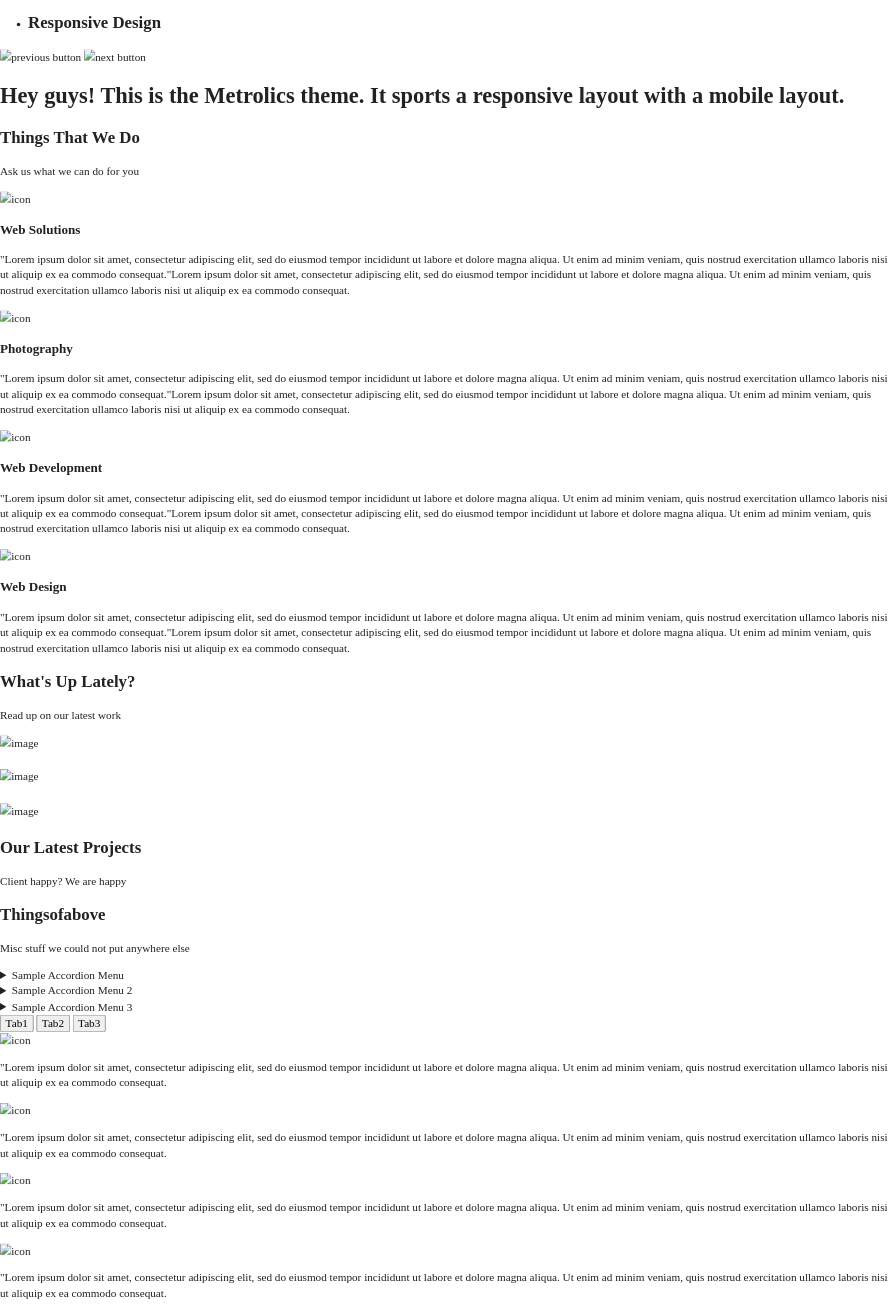
Repository: eilidhma/metrolics
Page: index.html
These files come from the project's save history. The page is drawn as it stood at one moment and after the next save; the edit follows.
The browser window is 1280 px wide. The pictures show the part of the page from y = 652 to 2572 px (the page is 2527 px tall before and 2572 px after), at 70% of full size.

Above is the page before, as saved 2021-01-27 00:08:17.

### index.html
<!doctype html>
<html class="no-js" lang="">

<head>
  <meta charset="utf-8">
  <title>Metrolics</title>
  <meta name="description" content="">
  <meta name="viewport" content="width=device-width, initial-scale=1">

  <meta property="og:title" content="">
  <meta property="og:type" content="">
  <meta property="og:url" content="">
  <meta property="og:image" content="">

  <link rel="manifest" href="site.webmanifest">
  <link rel="apple-touch-icon" href="icon.png">
  <!-- Place favicon.ico in the root directory -->

  <link rel="stylesheet" href="css/normalize.css">
  <link rel="stylesheet" href="css/main.css">

  <meta name="theme-color" content="#fafafa">
</head>


<!-- Add your site or application content here -->
<body class="page__home">
  <header class="page__header">
    <div class="page__title">
      <h1 class="large__headings">Metrolics</h1>
      <img src="" alt="metrolics__logo" class="header__icon">
    </div>
    <nav class="page__navigation">
      <ul class="navigation__section">
        <li class="navigation_items">
          <img src="" alt="home__icon" class="nav__icons">
          <p class="nav__titles">Home</p>
        </li>
        <li class="navigation_items">
          <img src="" alt="pages__icon" class="nav__icons">
          <p class="nav__titles">Pages</p>
        </li>
        <li class="navigation_items">
          <img src="" alt="blog__icon" class="nav__icons">
          <p class="nav__titles">Blog</p>
        </li>
        <li class="navigation_items">
          <img src="" alt="portfolio__icon" class="nav__icons">
          <p class="nav__titles">Portfolio</p>
        </li>
        <li class="navigation_items">
          <img src="" alt="mail__icon" class="nav__icons">
          <p class="nav__titles">Home</p>
        </li>
      </ul>
    </nav>
  </header>

  <section class="hero__section">
    <img src="" alt="hero__images">
    <ul class="hero__headings">
      <li>
        <div class="hero__headings__colour1"></div>
        <h2 class="medium__headings">Metro Style</h2>
      </li>
      <li>
        <div class="hero__headings__colour2"></div>
        <h2 class="medium__headings">Retina Ready</h2>
      </li>
      <li>
        <div class="hero__headings__colour3"></div>
        <h2 class="medium__headings">Responsive Design</h2>
      </li>
    </ul>
    <a class="prev" onclick="">
      <img src="" alt="previous button" class="prev__icon">
    </a>
    <a class="next" onclick="">
      <img src="" alt="next button" class="next__icon">
    </a>
  </section>

  <main class="page__main">
    <h1 class="large__headings">Hey guys! This is the Metrolics theme. It sports a responsive layout with a mobile layout.</h1>
    <h2 class="medium__headings">Things That We Do</h2>
    <p class="main__text">Ask us what we can do for you</p>

    <section class="main__content__four__columns">
      <div class="four_column_item">
        <img src="" alt="icon" class="four_column_icon">
        <h3 class="four_column_headers">Web Solutions</h3>
        <p class="four_column_text">"Lorem ipsum dolor sit amet, consectetur adipiscing elit, sed do eiusmod tempor incididunt ut labore et dolore magna aliqua. Ut enim ad minim veniam, quis nostrud exercitation ullamco laboris nisi ut aliquip ex ea commodo consequat."Lorem ipsum dolor sit amet, consectetur adipiscing elit, sed do eiusmod tempor incididunt ut labore et dolore magna aliqua. Ut enim ad minim veniam, quis nostrud exercitation ullamco laboris nisi ut aliquip ex ea commodo consequat.</p>
      </div>
      <div class="four_column_item">
        <img src="" alt="icon" class="four_column_icon">
        <h3 class="four_column_headers">Photography</h3>
        <p class="four_column_text">"Lorem ipsum dolor sit amet, consectetur adipiscing elit, sed do eiusmod tempor incididunt ut labore et dolore magna aliqua. Ut enim ad minim veniam, quis nostrud exercitation ullamco laboris nisi ut aliquip ex ea commodo consequat."Lorem ipsum dolor sit amet, consectetur adipiscing elit, sed do eiusmod tempor incididunt ut labore et dolore magna aliqua. Ut enim ad minim veniam, quis nostrud exercitation ullamco laboris nisi ut aliquip ex ea commodo consequat.</p>
      </div>
      <div class="four_column_item">
        <img src="" alt="icon" class="four_column_icon">
        <h3 class="four_column_headers">Web Development</h3>
        <p class="four_column_text">"Lorem ipsum dolor sit amet, consectetur adipiscing elit, sed do eiusmod tempor incididunt ut labore et dolore magna aliqua. Ut enim ad minim veniam, quis nostrud exercitation ullamco laboris nisi ut aliquip ex ea commodo consequat."Lorem ipsum dolor sit amet, consectetur adipiscing elit, sed do eiusmod tempor incididunt ut labore et dolore magna aliqua. Ut enim ad minim veniam, quis nostrud exercitation ullamco laboris nisi ut aliquip ex ea commodo consequat.</p>
      </div>
      <div class="four_column_item">
        <img src="" alt="icon" class="four_column_icon">
        <h3 class="four_column_headers">Web Design</h3>
        <p class="four_column_text">"Lorem ipsum dolor sit amet, consectetur adipiscing elit, sed do eiusmod tempor incididunt ut labore et dolore magna aliqua. Ut enim ad minim veniam, quis nostrud exercitation ullamco laboris nisi ut aliquip ex ea commodo consequat."Lorem ipsum dolor sit amet, consectetur adipiscing elit, sed do eiusmod tempor incididunt ut labore et dolore magna aliqua. Ut enim ad minim veniam, quis nostrud exercitation ullamco laboris nisi ut aliquip ex ea commodo consequat.</p>
      </div>
    </section>

    <h2 class="medium__headings">What's Up Lately?</h2>
    <p class="main__text">Read up on our latest work</p>

    <section class="main__content__three__columns">
      <div class="three__column__item">
        <img src="" alt="image" class="content__image">
        <div class="corner__content">
          <h3 class="three__column__headers"></h3>
          <h6 class="subtext"></h6>
        </div>
      </div>
      <div class="three__column__item">
        <img src="" alt="image" class="content__image">
        <div class="corner__content">
          <h3 class="three__column__headers"></h3>
          <h6 class="subtext"></h6>
      </div>
      <div class="three__column__item">
        <img src="" alt="image" class="content__image">
        <div class="corner__content">
          <h3 class="three__column__headers"></h3>
          <h6 class="subtext"></h6>
      </div>
    </section>

    <!-- SLIDER??? -->

    <h2 class="medium__headings">Our Latest Projects</h2>
    <p class="main__text">Client happy? We are happy</p>

    <section>
      <div></div>
      <div></div>
      <div></div>
      <div></div>
      <div></div>
      <div></div>
    </section>

    <h2 class="medium__headings">Thingsofabove</h2>
    <p class="main__text">Misc stuff we could not put anywhere else</p>

    <section class="detailed_content">
      <div class="menus">
        <details class="menus_items">
          <summary class="menu_titles">Sample Accordion Menu</summary>
          <img src="" alt="menu item icon" class="menu_icons">
          <h4 class="menu__content__titles"></h4>
          <p class="menu__content__text"></p>
        </details>
        <details class="menus_items">
          <summary class="menu_titles">Sample Accordion Menu 2</summary>
          <img src="" alt="menu item icon" class="menu_icons">
          <h4 class="menu__content__titles"></h4>
          <p class="menu__content__text"></p>
        </details>
        <details class="menus_items">
          <summary class="menu_titles">Sample Accordion Menu 3</summary>
          <img src="" alt="menu item icon" class="menu_icons">
          <h4 class="menu__content__titles"></h4>
          <p class="menu__content__text"></p>
        </details>
      </div>
      <div class="tabs">
        <nav class="tab_nav">
          <button class="tab__buttons" onclick="">Tab1</button>
          <button class="tab__buttons" onclick="">Tab2</button>
          <button class="tab__buttons" onclick="">Tab3</button>
        </nav>
        <div class="tab__content">
          <div class="tab__items">
            <img src="" alt="icon" class="tab__icons">
            <p class="tab__text">"Lorem ipsum dolor sit amet, consectetur adipiscing elit, sed do eiusmod tempor incididunt ut labore et dolore magna aliqua. Ut enim ad minim veniam, quis nostrud exercitation ullamco laboris nisi ut aliquip ex ea commodo consequat. </p>
          </div>
          <div class="tab__items">
            <img src="" alt="icon" class="tab__icons">
            <p class="tab__text">"Lorem ipsum dolor sit amet, consectetur adipiscing elit, sed do eiusmod tempor incididunt ut labore et dolore magna aliqua. Ut enim ad minim veniam, quis nostrud exercitation ullamco laboris nisi ut aliquip ex ea commodo consequat. </p>
          </div>
          <div class="tab__items">
            <img src="" alt="icon" class="tab__icons">
            <p class="tab__text">"Lorem ipsum dolor sit amet, consectetur adipiscing elit, sed do eiusmod tempor incididunt ut labore et dolore magna aliqua. Ut enim ad minim veniam, quis nostrud exercitation ullamco laboris nisi ut aliquip ex ea commodo consequat. </p>
          </div>
          <div class="tab__items">
            <img src="" alt="icon" class="tab__icons">
            <p class="tab__text">"Lorem ipsum dolor sit amet, consectetur adipiscing elit, sed do eiusmod tempor incididunt ut labore et dolore magna aliqua. Ut enim ad minim veniam, quis nostrud exercitation ullamco laboris nisi ut aliquip ex ea commodo consequat. </p>
          </div>
        </div>
      </div>
    </section>
  </main>





  <script src="js/vendor/modernizr-3.11.2.min.js"></script>
  <script src="js/plugins.js"></script>
  <script src="js/main.js"></script>

  <!-- Google Analytics: change UA-XXXXX-Y to be your site's ID. -->
  <script>
    window.ga = function () { ga.q.push(arguments) }; ga.q = []; ga.l = +new Date;
    ga('create', 'UA-XXXXX-Y', 'auto'); ga('set', 'anonymizeIp', true); ga('set', 'transport', 'beacon'); ga('send', 'pageview')
  </script>
  <script src="https://www.google-analytics.com/analytics.js" async></script>
</body>

</html>

### css/main.css
/*! HTML5 Boilerplate v8.0.0 | MIT License | https://html5boilerplate.com/ */

/* main.css 2.1.0 | MIT License | https://github.com/h5bp/main.css#readme */
/*
 * What follows is the result of much research on cross-browser styling.
 * Credit left inline and big thanks to Nicolas Gallagher, Jonathan Neal,
 * Kroc Camen, and the H5BP dev community and team.
 */

/* ==========================================================================
   Base styles: opinionated defaults
   ========================================================================== */

html {
  color: #222;
  font-size: 1em;
  line-height: 1.4;
}

/*
 * Remove text-shadow in selection highlight:
 * https://twitter.com/miketaylr/status/12228805301
 *
 * Vendor-prefixed and regular ::selection selectors cannot be combined:
 * https://stackoverflow.com/a/16982510/7133471
 *
 * Customize the background color to match your design.
 */

::-moz-selection {
  background: #b3d4fc;
  text-shadow: none;
}

::selection {
  background: #b3d4fc;
  text-shadow: none;
}

/*
 * A better looking default horizontal rule
 */

hr {
  display: block;
  height: 1px;
  border: 0;
  border-top: 1px solid #ccc;
  margin: 1em 0;
  padding: 0;
}

/*
 * Remove the gap between audio, canvas, iframes,
 * images, videos and the bottom of their containers:
 * https://github.com/h5bp/html5-boilerplate/issues/440
 */

audio,
canvas,
iframe,
img,
svg,
video {
  vertical-align: middle;
}

/*
 * Remove default fieldset styles.
 */

fieldset {
  border: 0;
  margin: 0;
  padding: 0;
}

/*
 * Allow only vertical resizing of textareas.
 */

textarea {
  resize: vertical;
}

/* ==========================================================================
   Author's custom styles
   ========================================================================== */

/* ==========================================================================
   Helper classes
   ========================================================================== */

/*
 * Hide visually and from screen readers
 */

.hidden,
[hidden] {
  display: none !important;
}

/*
 * Hide only visually, but have it available for screen readers:
 * https://snook.ca/archives/html_and_css/hiding-content-for-accessibility
 *
 * 1. For long content, line feeds are not interpreted as spaces and small width
 *    causes content to wrap 1 word per line:
 *    https://medium.com/@jessebeach/beware-smushed-off-screen-accessible-text-5952a4c2cbfe
 */

.sr-only {
  border: 0;
  clip: rect(0, 0, 0, 0);
  height: 1px;
  margin: -1px;
  overflow: hidden;
  padding: 0;
  position: absolute;
  white-space: nowrap;
  width: 1px;
  /* 1 */
}

/*
 * Extends the .sr-only class to allow the element
 * to be focusable when navigated to via the keyboard:
 * https://www.drupal.org/node/897638
 */

.sr-only.focusable:active,
.sr-only.focusable:focus {
  clip: auto;
  height: auto;
  margin: 0;
  overflow: visible;
  position: static;
  white-space: inherit;
  width: auto;
}

/*
 * Hide visually and from screen readers, but maintain layout
 */

.invisible {
  visibility: hidden;
}

/*
 * Clearfix: contain floats
 *
 * For modern browsers
 * 1. The space content is one way to avoid an Opera bug when the
 *    `contenteditable` attribute is included anywhere else in the document.
 *    Otherwise it causes space to appear at the top and bottom of elements
 *    that receive the `clearfix` class.
 * 2. The use of `table` rather than `block` is only necessary if using
 *    `:before` to contain the top-margins of child elements.
 */

.clearfix::before,
.clearfix::after {
  content: " ";
  display: table;
}

.clearfix::after {
  clear: both;
}

/* ==========================================================================
   EXAMPLE Media Queries for Responsive Design.
   These examples override the primary ('mobile first') styles.
   Modify as content requires.
   ========================================================================== */

@media only screen and (min-width: 35em) {
  /* Style adjustments for viewports that meet the condition */
}

@media print,
  (-webkit-min-device-pixel-ratio: 1.25),
  (min-resolution: 1.25dppx),
  (min-resolution: 120dpi) {
  /* Style adjustments for high resolution devices */
}

/* ==========================================================================
   Print styles.
   Inlined to avoid the additional HTTP request:
   https://www.phpied.com/delay-loading-your-print-css/
   ========================================================================== */

@media print {
  *,
  *::before,
  *::after {
    background: #fff !important;
    color: #000 !important;
    /* Black prints faster */
    box-shadow: none !important;
    text-shadow: none !important;
  }

  a,
  a:visited {
    text-decoration: underline;
  }

  a[href]::after {
    content: " (" attr(href) ")";
  }

  abbr[title]::after {
    content: " (" attr(title) ")";
  }

  /*
   * Don't show links that are fragment identifiers,
   * or use the `javascript:` pseudo protocol
   */
  a[href^="#"]::after,
  a[href^="javascript:"]::after {
    content: "";
  }

  pre {
    white-space: pre-wrap !important;
  }

  pre,
  blockquote {
    border: 1px solid #999;
    page-break-inside: avoid;
  }

  /*
   * Printing Tables:
   * https://web.archive.org/web/20180815150934/http://css-discuss.incutio.com/wiki/Printing_Tables
   */
  thead {
    display: table-header-group;
  }

  tr,
  img {
    page-break-inside: avoid;
  }

  p,
  h2,
  h3 {
    orphans: 3;
    widows: 3;
  }

  h2,
  h3 {
    page-break-after: avoid;
  }
}

### js/plugins.js
// Avoid `console` errors in browsers that lack a console.
(function() {
  var method;
  var noop = function () {};
  var methods = [
    'assert', 'clear', 'count', 'debug', 'dir', 'dirxml', 'error',
    'exception', 'group', 'groupCollapsed', 'groupEnd', 'info', 'log',
    'markTimeline', 'profile', 'profileEnd', 'table', 'time', 'timeEnd',
    'timeline', 'timelineEnd', 'timeStamp', 'trace', 'warn'
  ];
  var length = methods.length;
  var console = (window.console = window.console || {});

  while (length--) {
    method = methods[length];

    // Only stub undefined methods.
    if (!console[method]) {
      console[method] = noop;
    }
  }
}());

// Place any jQuery/helper plugins in here.

Loaded but not shown: css/normalize.css (library); js/vendor/modernizr-3.11.2.min.js (library); js/main.js (no copy from this time; the picture is the same without it)

After the next save:
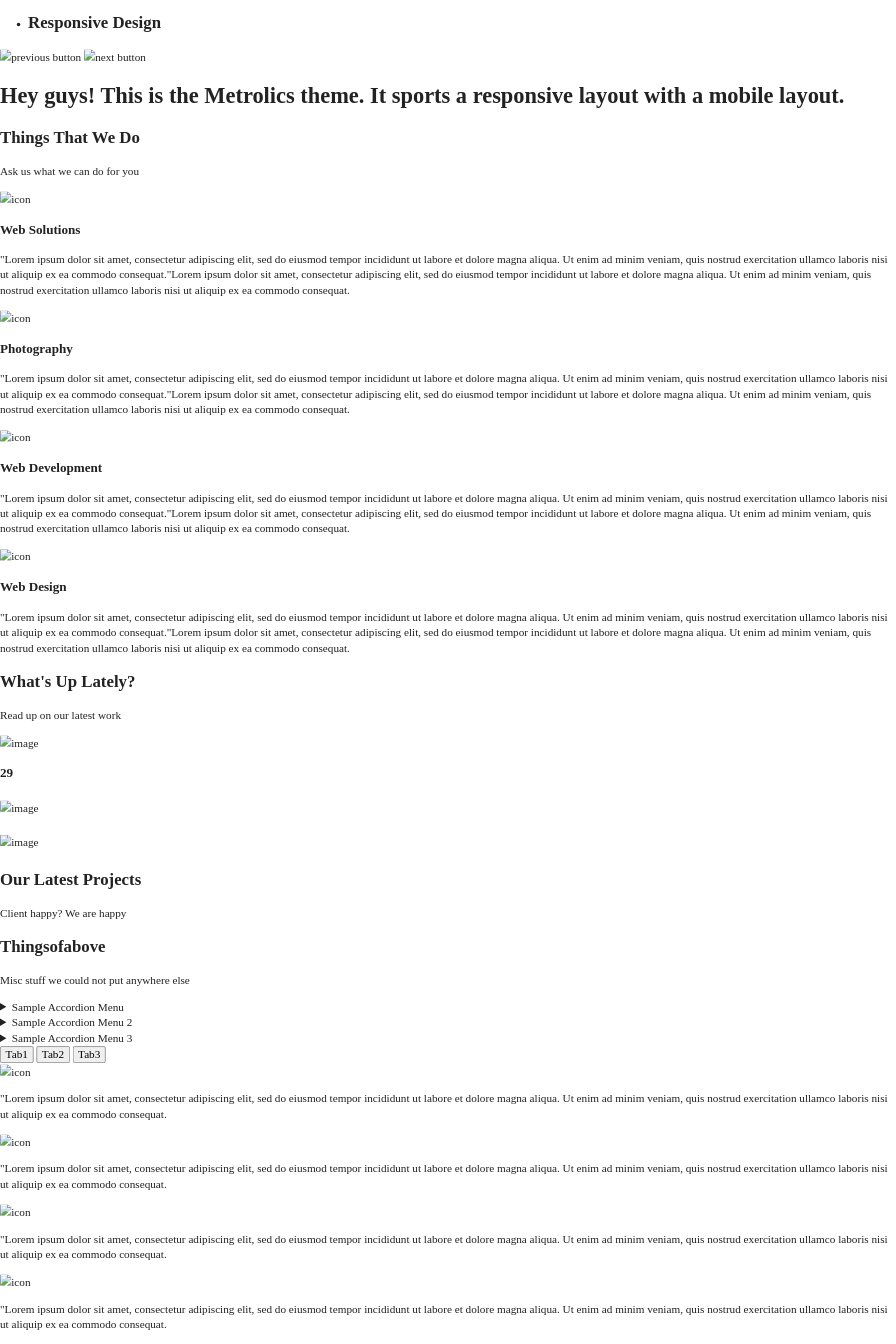
Saved 35 s later.
--- a/index.html
+++ b/index.html
@@ -115,7 +115,7 @@
       <div class="three__column__item">
         <img src="" alt="image" class="content__image">
         <div class="corner__content">
-          <h3 class="three__column__headers"></h3>
+          <h3 class="three__column__headers">29</h3>
           <h6 class="subtext"></h6>
         </div>
       </div>
